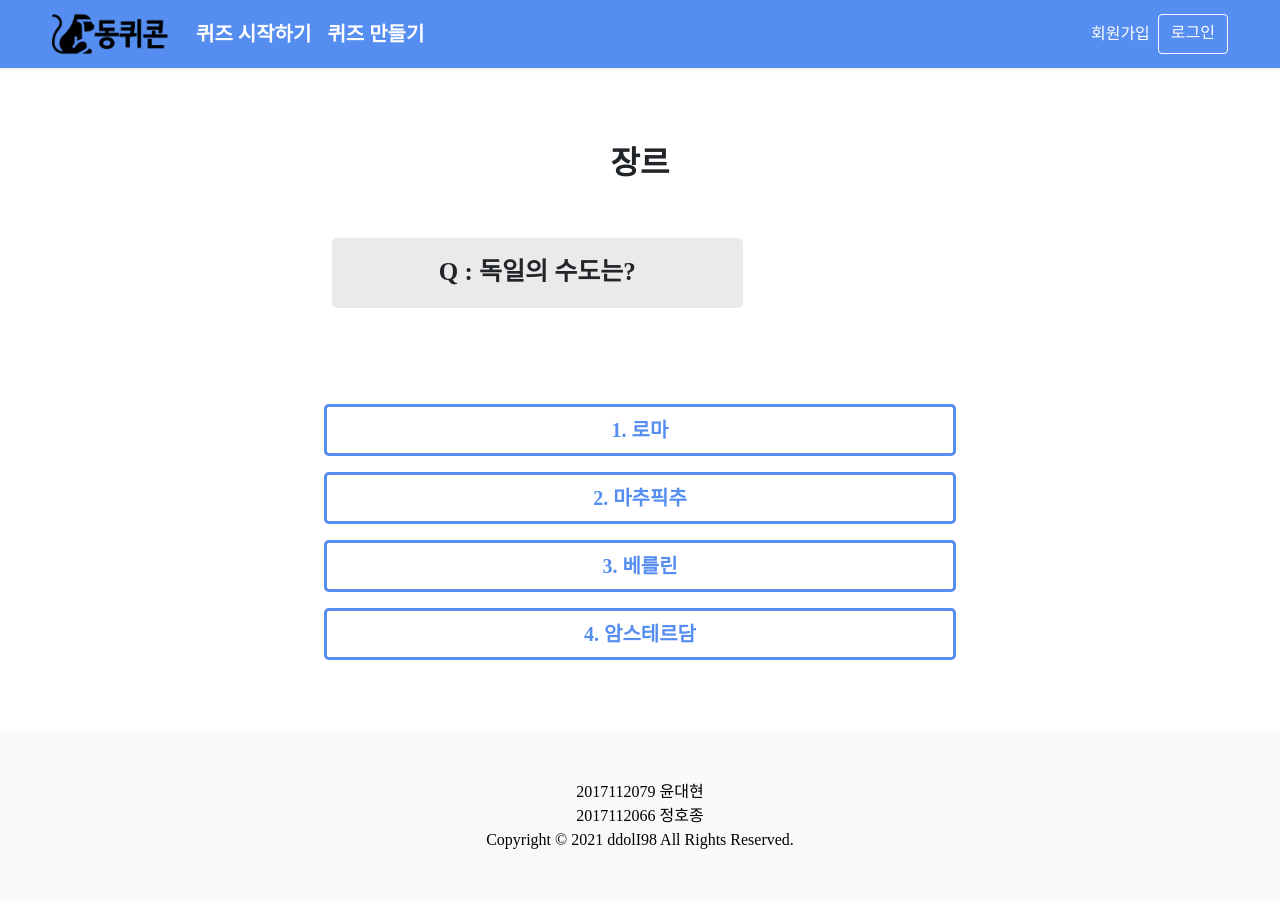
Repository: eogus0512/Quiz_WebProject
Page: http://localhost/Quiz_WebProject/solveQuiz.jsp
The author's editor kept a copy of each file at every save. The page is drawn from the files as they stood at one save, then again after the next save.
The browser window is 1280 px wide. The pictures show the whole page.
Some web fonts or font styles are not loaded; a fallback is used. The page is served by Tomcat 9. Other server files are loaded and not shown.

Above is the page before, as saved 2021-10-28 14:34:25.

### Quiz_WebProject/WebContent/solveQuiz.jsp
<%@ page language="java" contentType="text/html;charset=UTF-8" pageEncoding="UTF-8" %>
<%@ page import="java.io.PrintWriter"%>
<!DOCTYPE html>
<html>
<head>
    <meta http-equiv="Content-Type" content="text/html"; charset="UTF-8">
    <meta name="viewport" content="width=device-width, initial-scale=1, shrink-to-fit=no">
    <title>동퀴콘</title>
    <link rel="stylesheet" href="./css/bootstrap.min.css">
    <link rel="stylesheet" href="./css/custom.css">
    <link rel="icon" href="./img/favicon.png">
</head>
<body>
<nav class="navbar navbar-expand-lg navbar-light fixed-top shadow-sm" style="background-color: #558DF0;">
    <div class="container-xxl d-flex align-items-md-center" style="width:1200px">
        <a class="navbar-brand" href="index.jsp"><img src="./img/mainIcon.png" class="rounded float-start" width="120"></a>
        <button class="navbar-toggler" type="button" data-bs-toggle="collapse" data-bs-target="#navbarSupportedContent" aria-controls="navbarSupportedContent" aria-expanded="false" aria-label="Toggle navigation">
            <span class="navbar-toggler-icon"></span>
        </button>
        <div class="collapse navbar-collapse" id="navbarSupportedContent">
            <ul class="navbar-nav me-auto">
                <li class="nav-item">
                    <a class="nav-link" href="#" style="font-size:15pt; color:white;"><b>퀴즈 시작하기</b></a>
                </li>
                <li class="nav-item">
                    <a class="nav-link" href="registerQuiz.jsp" style="font-size:15pt; color:white;"><b>퀴즈 만들기</b></a>
                </li>
            </ul>
            <%
                String loginID = null;
                String userName = null;
                if(session.getAttribute("loginID") != null) {
                    loginID = (String) session.getAttribute("loginID");
                    userName = (String) session.getAttribute("userName");
                }
                if(loginID == null) {
            %>
            <ul class="navbar-nav">
                <a class="nav-link" aria-current="page" href="signUp.jsp" style="color:white">회원가입</a>
                <a class="btn btn-outline-primary" href="login.jsp" style="border-color: white; color: white">로그인</a>
            </ul>
            <%
            } else {
            %>
            <ul class="navbar-nav d-flex">
                <li class="nav-item dropdown">
                    <a class="nav-link dropdown-toggle" href="#" id="navbarDropdown" role="button" data-bs-toggle="dropdown" aria-expanded="false">
                        <%=userName %> 님
                    </a>
                    <ul class="dropdown-menu" aria-labelledby="navbarDropdown" style="background-color: #FAF1D6;">
                        <li><a class="dropdown-item" href="myPage.jsp">마이페이지</a></li>
                        <li><a class="dropdown-item" href="#">1:1 문의</a></li>
                        <li><hr class="dropdown-divider"></li>
                        <li><a class="dropdown-item" href="logout.jsp">로그아웃</a></li>
                    </ul>
                </li>
            </ul>
            <%
                }
            %>
        </div>
    </div>
</nav>
<br><br><br><br>
<div class="py-5 text-center">
    <h2><b>장르</b></h2>
</div>
<div class="container col-md-6">
	<div class="col-8" style="height:70px; padding:15px; background-color: #EAEAEA; text-align:center; font-size:25px; font-weight:bold; border-radius:5px">
        <label class="form-label">Q : 독일의 수도는?</label>
    </div><br><br><br><br>
    <form method="post" action="#">
        <div class="row g-3">
            <button class="w-100 btn-lg" style="background-color: white; color:#558DF0; border:3px solid #558DF0"><b>1. 로마</b></button>
            <button class="w-100 btn-lg" style="background-color: white; color:#558DF0; border:3px solid #558DF0"><b>2. 마추픽추</b></button>
            <button class="w-100 btn-lg" style="background-color: white; color:#558DF0; border:3px solid #558DF0"><b>3. 베를린</b></button>
            <button class="w-100 btn-lg" style="background-color: white; color:#558DF0; border:3px solid #558DF0"><b>4. 암스테르담</b></button>
        </div><br><br>

    </form>
</div>
<footer class="bg-light mt-4 p-5 text-center" style="color: #000000;">
    2017112079 윤대현<br>2017112066 정호종<br>
    Copyright &copy; 2021 ddolI98 All Rights Reserved.
</footer>
<script src="./js/jquery.min.js"></script>
<script src="./js/popper.js"></script>
<script src="./js/bootstrap.min.js"></script>
</body>
</html>

### Quiz_WebProject/WebContent/css/custom.css
@import url(https://fonts.googleapis.com/earlyaccess/nanumgothic.css);
.navbar-brand, h1, h2, h3, h4 {
    font-family: 'Nanum Gothic';
}
h5 {
    font-family: 'Nanum Gothic';
    font-size: 18px;
}
body {
    font-family: 'Nanum Gothic';
}

Loaded but not shown: Quiz_WebProject/WebContent/css/bootstrap.min.css (library); Quiz_WebProject/WebContent/js/jquery.min.js (library); Quiz_WebProject/WebContent/js/popper.js (library); Quiz_WebProject/WebContent/js/bootstrap.min.js (library)

After the next save:
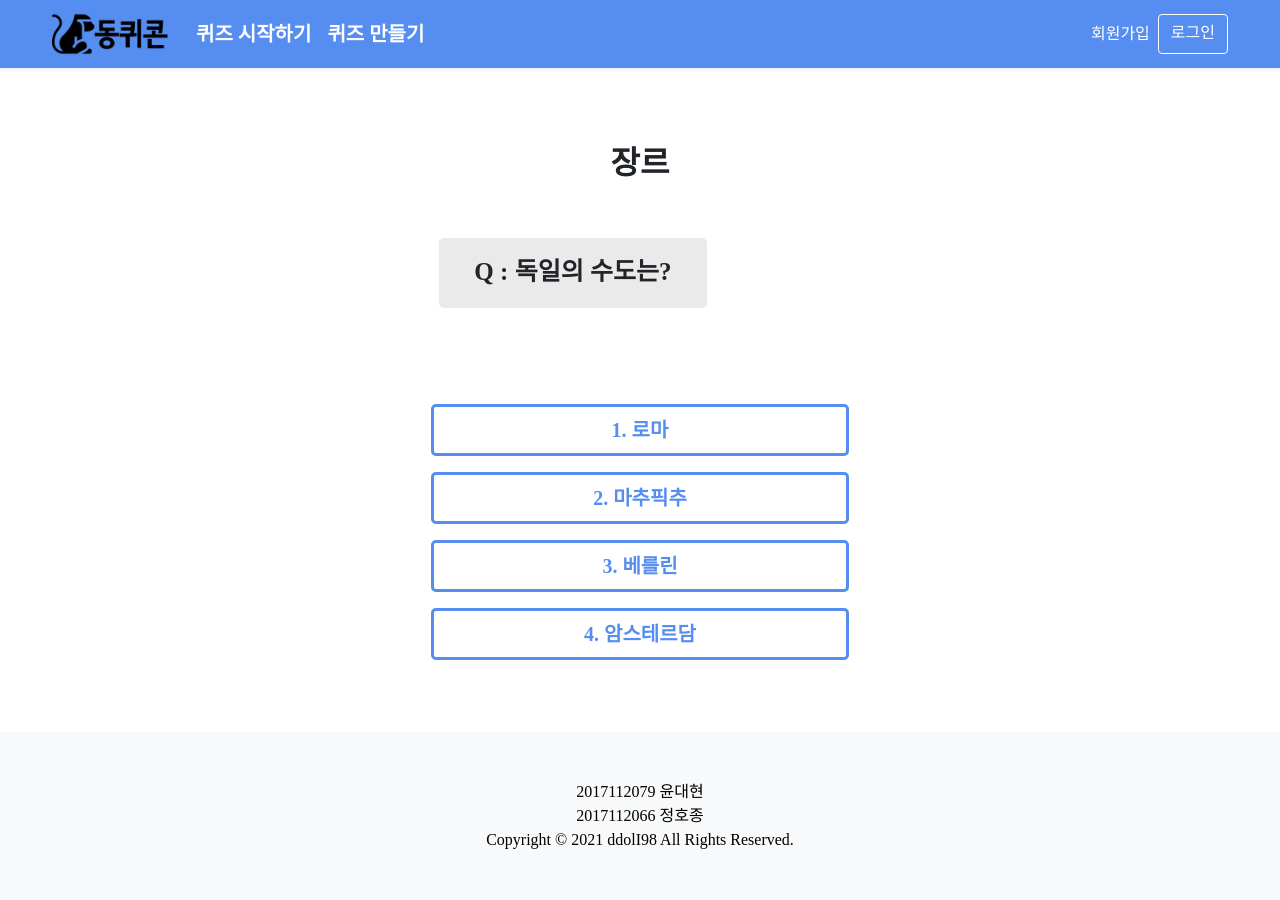
Saved 21 s later.
--- a/Quiz_WebProject/WebContent/solveQuiz.jsp
+++ b/Quiz_WebProject/WebContent/solveQuiz.jsp
@@ -65,7 +65,7 @@
 <div class="py-5 text-center">
     <h2><b>장르</b></h2>
 </div>
-<div class="container col-md-6">
+<div class="container col-md-4">
 	<div class="col-8" style="height:70px; padding:15px; background-color: #EAEAEA; text-align:center; font-size:25px; font-weight:bold; border-radius:5px">
         <label class="form-label">Q : 독일의 수도는?</label>
     </div><br><br><br><br>
